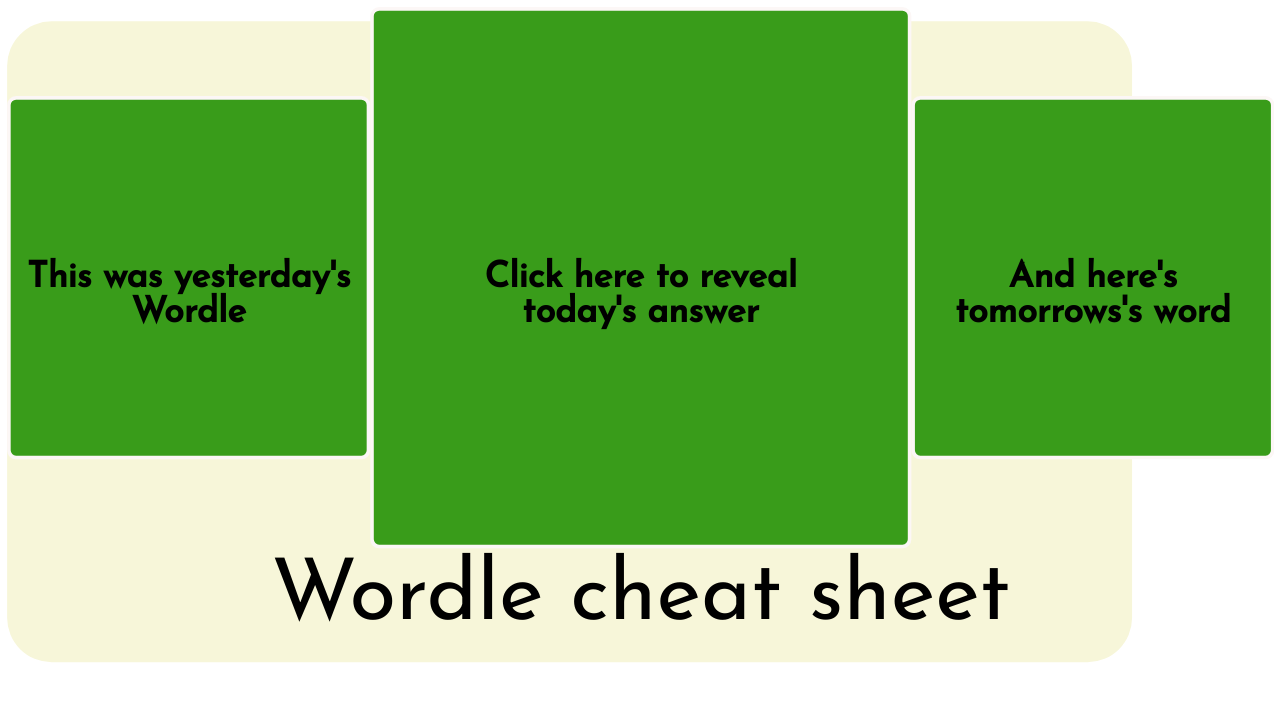
Repository: enoripl/tomorrows-wordle
Page: index.html
These files come from the project's save history. The page is drawn as it stood at one moment and after the next save; the edit follows.
The browser window is 1280 px wide. The page is 1432 px wide, so the pictures cover 1432 px, including what lies to the right of the window. The pictures show the whole page, at 89% of full size.

Above is the page before, as saved 2022-02-09 19:23:56.

### index.html
<!DOCTYPE html>
<html lang="en">
  <head>
    <meta charset="UTF-8" />
    <meta http-equiv="X-UA-Compatible" content="IE=edge" />
    <meta name="viewport" content="width=device-width, initial-scale=1.0" />
    <link rel="stylesheet" href="styles.css" />
    <link
    rel="stylesheet"
    href="https://cdnjs.cloudflare.com/ajax/libs/animate.css/4.1.1/animate.min.css"
  />
    <script type="text/javascript" src="script.js" defer></script>
    <title>Today's (and tommorow's Wordle)</title>
  </head>
  <body>
    <main class="main-content">
      <div class="buttons-section">
        <div class="buttons-group">
          <div class="answer-btns" id="yesterdays-btn">
            This was yesterday's Wordle
          </div>
          <div class="answer-btns" id="todays-btn">
            Click here to reveal
            today's answer
          </div>
          <div class="answer-btns" id="tomorrows-btn">
            And here's tomorrows's word
          </div>
        </div>
      </div>
      <div class="logo-section">
        <div class="logo">Wordle cheat sheet</div>
    </main>
    </header>
  </body>
</html>

### styles.css
@import url("https://fonts.googleapis.com/css2?family=Josefin+Sans:wght@300;400;500&display=swap");

body {
  font-family: "Josefin Sans", sans-serif;
  white-space: pre-line;
}

.main-content {
    min-height: 100vh;
display: grid;
grid-template-rows: 80% 1fr;
  background-color: rgb(247, 246, 217);
    border-radius: 50px;
}

.buttons-section {
    display: flex;
    justify-content: center;
    align-items: center;
}

.buttons-group {
  display: flex;
  align-items: center;
}

.answer-btns {
  display: flex;
  justify-content: center;
  align-items: center;
  text-align: center;
  background-color: rgb(57, 156, 26);
  height: 400px;
  width: 400px;
  font-size: 2.5rem;
  font-weight: 600;
  border-radius: 10px;
  border: 4px solid rgb(252, 247, 246);
}

#todays-btn {
  height: 600px;
  width: 600px;
}

.answer-text {
  font-size: 5rem;
  font-weight: 800;
}

.logo-section {
  display: flex;
  justify-content: center;
  align-items: center;
  font-size: 6rem;
}

Loaded but not shown: script.js (2355 lines, source omitted)

After the next save:
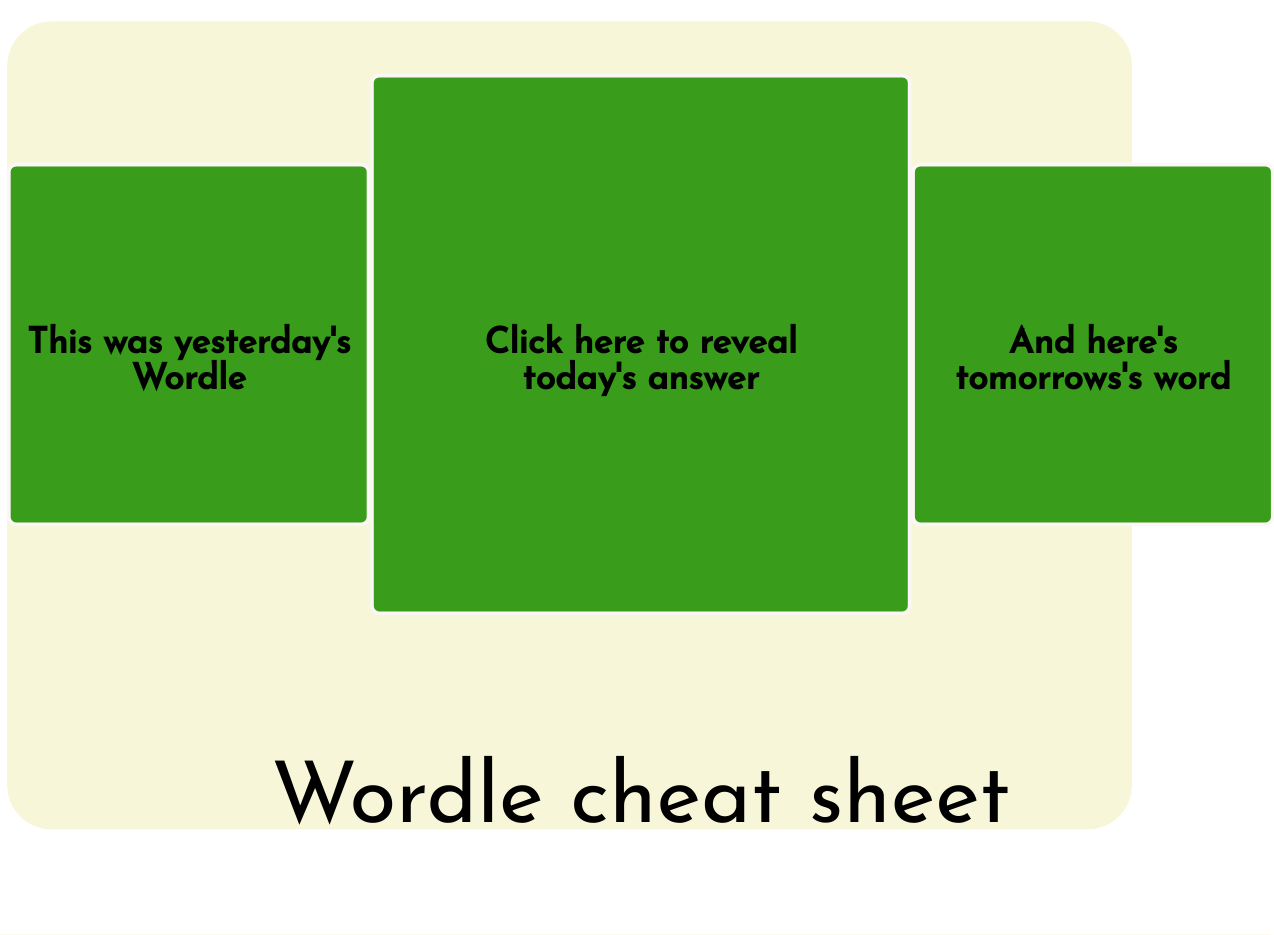
Saved 13 s later.
--- a/styles.css
+++ b/styles.css
@@ -8,7 +8,7 @@
 .main-content {
     min-height: 100vh;
 display: grid;
-grid-template-rows: 80% 1fr;
+grid-template-rows: 80% 300px;
   background-color: rgb(247, 246, 217);
     border-radius: 50px;
 }
